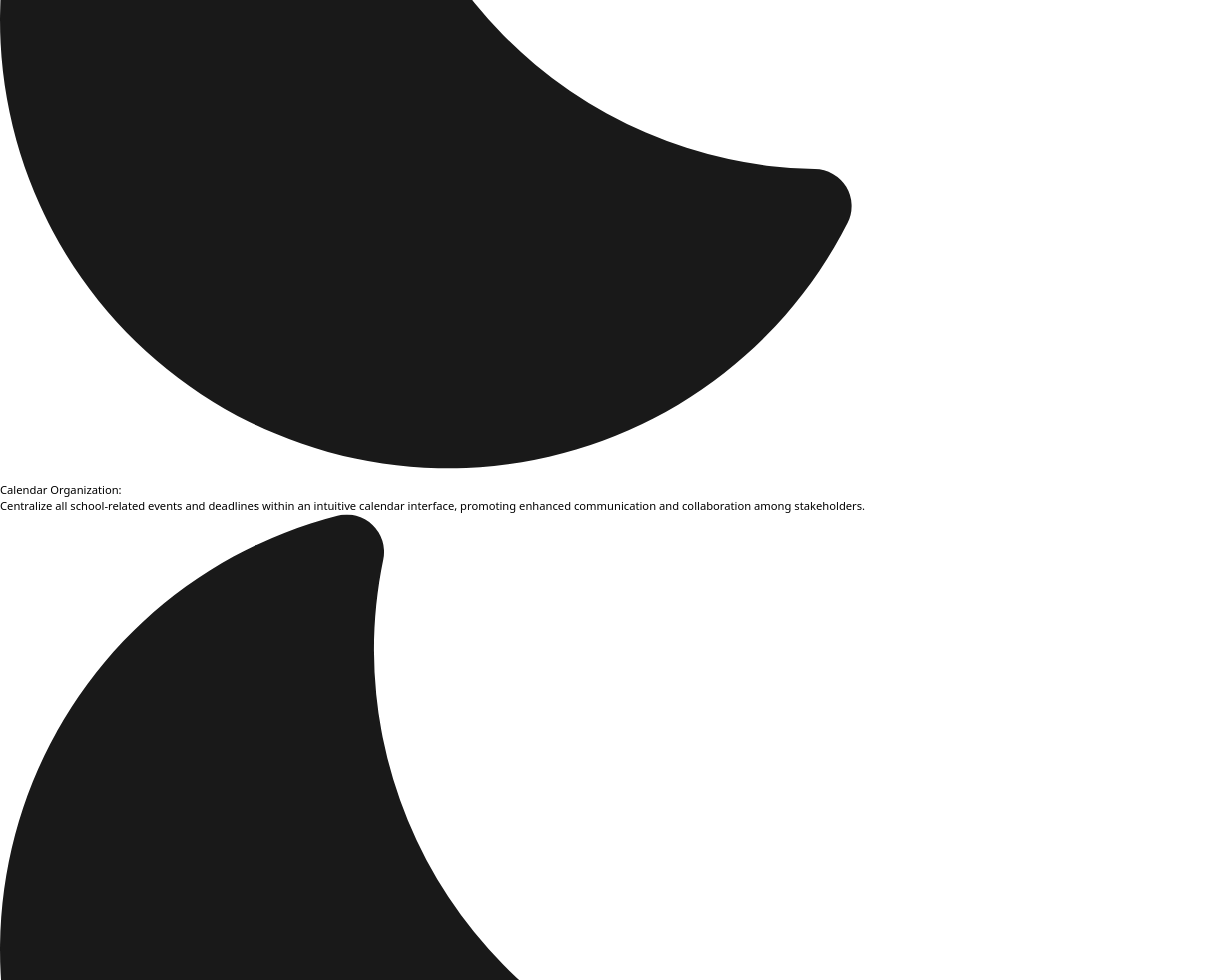
Repository: BarrySong97/flysky-landing
Page: /
These files come from the project's save history. The page is drawn as it stood at one moment and after the next save; the edit follows.
The browser window is 1280 px wide. The page is 1760 px wide, so the pictures cover 1760 px, including what lies to the right of the window. The pictures show the part of the page from y = 4803 to 6203 px (the page is 23727 px tall), at 70% of full size.
The project was rebuilt for these pictures with package versions that can differ from the ones it lists, and the page was loaded fresh each time. Also part of the build but not shown: vite.config.js, src/partials/Banner.jsx, src/pages/SignIn.jsx, src/pages/SignUp.jsx, src/pages/ResetPassword.jsx.

Above is the page before, as saved 2023-12-10 09:45:13.

### index.html
<!DOCTYPE html>
<html lang="en">
  <head>
    <meta charset="UTF-8" />
    <link rel="icon" type="image/svg+xml" href="/src/favicon.svg" />
    <meta name="viewport" content="width=device-width, initial-scale=1.0" />
    <title>Vite App</title>
  </head>
  <body class="font-inter antialiased bg-white text-gray-900 tracking-tight">
    <noscript>You need to enable JavaScript to run this app.</noscript>
    <script>
        if (localStorage.getItem('sidebar-expanded') == 'true') {
            document.querySelector('body').classList.add('sidebar-expanded');
        } else {
            document.querySelector('body').classList.remove('sidebar-expanded');
        }
    </script>
    <div id="root"></div>
    <script type="module" src="/src/main.jsx"></script>
  </body>
</html>

### src/App.jsx
import React, { useEffect } from 'react';
import {
  Routes,
  Route,
  useLocation
} from 'react-router-dom';

import 'aos/dist/aos.css';
import './css/style.css';

import AOS from 'aos';

import Home from './pages/Home';
import SignIn from './pages/SignIn';
import SignUp from './pages/SignUp';
import ResetPassword from './pages/ResetPassword';

function App() {

  const location = useLocation();

  useEffect(() => {
    AOS.init({
      once: true,
      disable: 'phone',
      duration: 700,
      easing: 'ease-out-cubic',
    });
  });

  useEffect(() => {
    document.querySelector('html').style.scrollBehavior = 'auto'
    window.scroll({ top: 0 })
    document.querySelector('html').style.scrollBehavior = ''
  }, [location.pathname]); // triggered on route change

  return (
    <>
      <Routes>
        <Route exact path="/" element={<Home />} />
        <Route path="/signin" element={<SignIn />} />
        <Route path="/signup" element={<SignUp />} />
        <Route path="/reset-password" element={<ResetPassword />} />
      </Routes>
    </>
  );
}

export default App;

### src/pages/Home.jsx
import React from "react";

import Header from "../partials/Header";
import HeroHome from "../partials/HeroHome";
import FeaturesHome from "../partials/Features";
import FeaturesBlocks from "../partials/FeaturesBlocks";
import Testimonials from "../partials/Testimonials";
import Newsletter from "../partials/Newsletter";
import Footer from "../partials/Footer";
import Banner from "../partials/Banner";

function Home() {
  return (
    <div className="flex flex-col min-h-screen overflow-hidden">
      {/*  Site header */}
      <Header />

      {/*  Page content */}
      <main className="flex-grow">
        {/*  Page sections */}
        <HeroHome />
        <FeaturesHome />
        <FeaturesBlocks />
        <Testimonials />
        <Newsletter />
      </main>

      {/*  Site footer */}
      <Footer />
    </div>
  );
}

export default Home;

### src/css/additional-styles/utility-patterns.css
/* Typography */
.h1 {
    @apply text-4xl font-extrabold leading-tight tracking-tighter;
}

.h2 {
    @apply text-3xl font-extrabold leading-tight tracking-tighter;
}

.h3 {
    @apply text-3xl font-bold leading-tight;
}

.h4 {
    @apply text-2xl font-bold leading-snug tracking-tight;
}

@screen md {
    .h1 {
        @apply text-5xl;
    }

    .h2 {
        @apply text-4xl;
    }
}

/* Buttons */
.btn,
.btn-sm {
    @apply font-medium inline-flex items-center justify-center border border-transparent rounded leading-snug transition duration-150 ease-in-out;
}

.btn {
    @apply px-8 py-3 shadow-lg;
}

.btn-sm {
    @apply px-4 py-2 shadow;
}

/* Forms */
.form-input,
.form-textarea,
.form-multiselect,
.form-select,
.form-checkbox,
.form-radio {
    @apply bg-white border border-gray-300 focus:border-gray-500;
}

.form-input,
.form-textarea,
.form-multiselect,
.form-select,
.form-checkbox {
    @apply rounded;
}

.form-input,
.form-textarea,
.form-multiselect,
.form-select {
    @apply py-3 px-4;
}

.form-input,
.form-textarea {
    @apply placeholder-gray-500;
}

.form-select {
    @apply pr-10;
}

.form-checkbox,
.form-radio {
    @apply text-gray-800 rounded-sm;
}

### src/css/additional-styles/range-slider.css
/* Range slider */
:root {
    --range-thumb-size: 36px;
}

input[type=range] {
    appearance: none;
    background: #ccc;
    border-radius: 3px;
    height: 6px;
    margin-top: (--range-thumb-size - 6px) * 0.5;
    margin-bottom: (--range-thumb-size - 6px) * 0.5;
    --thumb-size: #{--range-thumb-size};
}

input[type=range]::-webkit-slider-thumb {
    appearance: none;
    -webkit-appearance: none;
    background-color: #000;
    background-image: url("data:[embedded picture, 172 characters]");
    background-position: center;
    background-repeat: no-repeat;
    border: 0;
    border-radius: 50%;
    cursor: pointer;
    height: --range-thumb-size;
    width: --range-thumb-size;
}

input[type=range]::-moz-range-thumb {
    background-color: #000;
    background-image: url("data:[embedded picture, 172 characters]");
    background-position: center;
    background-repeat: no-repeat;
    border: 0;
    border: none;
    border-radius: 50%;
    cursor: pointer;
    height: --range-thumb-size;
    width: --range-thumb-size;
}

input[type=range]::-ms-thumb {
    background-color: #000;
    background-image: url("data:[embedded picture, 172 characters]");
    background-position: center;
    background-repeat: no-repeat;
    border: 0;
    border-radius: 50%;
    cursor: pointer;
    height: --range-thumb-size;
    width: --range-thumb-size;
}

input[type=range]::-moz-focus-outer {
    border: 0;
}

### src/partials/Features.jsx
import React, { useState, useRef, useEffect } from "react";
import Transition from "../utils/Transition";

import FeaturesBg from "../images/features-bg.png";
import FeaturesElement from "../images/features-element.png";

function Features() {
  const [tab, setTab] = useState(1);

  const tabs = useRef(null);

  const heightFix = () => {
    if (tabs.current.children[tab]) {
      tabs.current.style.height =
        tabs.current.children[tab - 1].offsetHeight + "px";
    }
  };

  useEffect(() => {
    heightFix();
    // eslint-disable-next-line react-hooks/exhaustive-deps
  }, [tab]);

  return (
    <section className="relative">
      {/* Section background (needs .relative class on parent and next sibling elements) */}
      <div
        className="absolute inset-0 bg-gray-100 pointer-events-none mb-16"
        aria-hidden="true"
      ></div>
      <div className="absolute left-0 right-0 m-auto w-px p-px h-20 bg-gray-200 transform -translate-y-1/2"></div>

      <div className="relative max-w-6xl mx-auto px-4 sm:px-6">
        <div className="pt-12 md:pt-20">
          {/* Section header */}
          <div className="max-w-3xl mx-auto text-center pb-12 md:pb-16">
            <h1 className="h2 mb-4">Explore the solutions</h1>
            <p className="text-xl text-gray-600">
              Discover a myriad of solutions tailored for your school's needs.
              Dive into a comprehensive suite of tools designed to streamline
              administrative tasks, manage student records efficiently, and
              facilitate seamless communication among staff, students, and
              parents.
            </p>
          </div>

          {/* Section content */}
          <div className="md:grid md:grid-cols-12 md:gap-6">
            {/* Content */}
            <div
              className="max-w-xl md:max-w-none md:w-full mx-auto md:col-span-7 lg:col-span-6 md:mt-6"
              data-aos="fade-right"
            >
              <div className="md:pr-4 lg:pr-12 xl:pr-16 mb-8">
                <h3 className="h3 mb-3">Powerful suite of tools</h3>
              </div>
              {/* Tabs buttons */}
              <div className="mb-8 md:mb-0">
                <a
                  className={`flex items-center text-lg p-5 rounded border transition duration-300 ease-in-out mb-3 ${
                    tab !== 1
                      ? "bg-white shadow-md border-gray-200 hover:shadow-lg"
                      : "bg-gray-200 border-transparent"
                  }`}
                  href="#0"
                  onClick={(e) => {
                    e.preventDefault();
                    setTab(1);
                  }}
                >
                  <div>
                    <div className="font-bold leading-snug tracking-tight mb-1">
                      Our product, when paired with mini-programs, boasts
                      remarkable efficiency, delivering a seamlessly integrated
                      and versatile user experience.
                    </div>
                    <div className="text-gray-600"></div>
                  </div>
                  <div className="flex justify-center items-center w-8 h-8 bg-white rounded-full shadow flex-shrink-0 ml-3">
                    <svg
                      className="w-3 h-3 fill-current"
                      viewBox="0 0 12 12"
                      xmlns="http://www.w3.org/2000/svg"
                    >
                      <path d="M11.953 4.29a.5.5 0 00-.454-.292H6.14L6.984.62A.5.5 0 006.12.173l-6 7a.5.5 0 00.379.825h5.359l-.844 3.38a.5.5 0 00.864.445l6-7a.5.5 0 00.075-.534z" />
                    </svg>
                  </div>
                </a>
                <a
                  className={`flex items-center text-lg p-5 rounded border transition duration-300 ease-in-out mb-3 ${
                    tab !== 2
                      ? "bg-white shadow-md border-gray-200 hover:shadow-lg"
                      : "bg-gray-200 border-transparent"
                  }`}
                  href="#0"
                  onClick={(e) => {
                    e.preventDefault();
                    setTab(2);
                  }}
                >
                  <div>
                    <div className="font-bold leading-snug tracking-tight mb-1">
                      Schedule Management:
                    </div>
                    <div className="text-gray-600">
                      Simplify class, event, and resource scheduling
                      effortlessly, maximizing efficiency in faculty, student,
                      and resource utilization for adaptable time management.
                    </div>
                  </div>
                  <div className="flex justify-center items-center w-8 h-8 bg-white rounded-full shadow flex-shrink-0 ml-3">
                    <svg
                      className="w-3 h-3 fill-current"
                      viewBox="0 0 12 12"
                      xmlns="http://www.w3.org/2000/svg"
                    >
                      <path
                        d="M11.854.146a.5.5 0 00-.525-.116l-11 4a.5.5 0 00-.015.934l4.8 1.921 1.921 4.8A.5.5 0 007.5 12h.008a.5.5 0 00.462-.329l4-11a.5.5 0 00-.116-.525z"
                        fillRule="nonzero"
                      />
                    </svg>
                  </div>
                </a>
                <a
                  className={`flex items-center text-lg p-5 rounded border transition duration-300 ease-in-out mb-3 ${
                    tab !== 3
                      ? "bg-white shadow-md border-gray-200 hover:shadow-lg"
                      : "bg-gray-200 border-transparent"
                  }`}
                  href="#0"
                  onClick={(e) => {
                    e.preventDefault();
                    setTab(3);
                  }}
                >
                  <div>
                    <div className="font-bold leading-snug tracking-tight mb-1">
                      Calendar Organization:
                    </div>
                    <div className="text-gray-600">
                      Centralize all school-related events and deadlines within
                      an intuitive calendar interface, promoting enhanced
                      communication and collaboration among stakeholders.
                    </div>
                  </div>
                  <div className="flex justify-center items-center w-8 h-8 bg-white rounded-full shadow flex-shrink-0 ml-3">
                    <svg
                      className="w-3 h-3 fill-current"
                      viewBox="0 0 12 12"
                      xmlns="http://www.w3.org/2000/svg"
                    >
                      <path
                        d="M11.334 8.06a.5.5 0 00-.421-.237 6.023 6.023 0 01-5.905-6c0-.41.042-.82.125-1.221a.5.5 0 00-.614-.586 6 6 0 106.832 8.529.5.5 0 00-.017-.485z"
                        fill="#191919"
                        fillRule="nonzero"
                      />
                    </svg>
                  </div>
                </a>
                <a
                  className={`flex items-center text-lg p-5 rounded border transition duration-300 ease-in-out mb-3 ${
                    tab !== 3
                      ? "bg-white shadow-md border-gray-200 hover:shadow-lg"
                      : "bg-gray-200 border-transparent"
                  }`}
                  href="#0"
                  onClick={(e) => {
                    e.preventDefault();
                    setTab(3);
                  }}
                >
                  <div>
                    <div className="font-bold leading-snug tracking-tight mb-1">
                      Calendar Organization:
                    </div>
                    <div className="text-gray-600">
                      Centralize all school-related events and deadlines within
                      an intuitive calendar interface, promoting enhanced
                      communication and collaboration among stakeholders.
                    </div>
                  </div>
                  <div className="flex justify-center items-center w-8 h-8 bg-white rounded-full shadow flex-shrink-0 ml-3">
                    <svg
                      className="w-3 h-3 fill-current"
                      viewBox="0 0 12 12"
                      xmlns="http://www.w3.org/2000/svg"
                    >
                      <path
                        d="M11.334 8.06a.5.5 0 00-.421-.237 6.023 6.023 0 01-5.905-6c0-.41.042-.82.125-1.221a.5.5 0 00-.614-.586 6 6 0 106.832 8.529.5.5 0 00-.017-.485z"
                        fill="#191919"
                        fillRule="nonzero"
                      />
                    </svg>
                  </div>
                </a>
              </div>
            </div>

            {/* Tabs items */}
            <div
              className="max-w-xl md:max-w-none md:w-full mx-auto md:col-span-5 lg:col-span-6 mb-8 md:mb-0 md:order-1"
              data-aos="zoom-y-out"
              ref={tabs}
            >
              <div className="relative flex flex-col text-center lg:text-right">
                {/* Item 1 */}
                <Transition
                  show={tab === 1}
                  appear={true}
                  className="w-full"
                  enter="transition ease-in-out duration-700 transform order-first"
                  enterStart="opacity-0 translate-y-16"
                  enterEnd="opacity-100 translate-y-0"
                  leave="transition ease-in-out duration-300 transform absolute"
                  leaveStart="opacity-100 translate-y-0"
                  leaveEnd="opacity-0 -translate-y-16"
                >
                  <div className="relative inline-flex flex-col">
                    <img
                      className="md:max-w-none mx-auto rounded"
                      src={FeaturesBg}
                      width="500"
                      height="462"
                      alt="Features bg"
                    />
                    <img
                      className="md:max-w-none absolute w-full left-0 transform animate-float"
                      src={FeaturesElement}
                      width="500"
                      height="44"
                      alt="Element"
                      style={{ top: "30%" }}
                    />
                  </div>
                </Transition>
                {/* Item 2 */}
                <Transition
                  show={tab === 2}
                  appear={true}
                  className="w-full"
                  enter="transition ease-in-out duration-700 transform order-first"
                  enterStart="opacity-0 translate-y-16"
                  enterEnd="opacity-100 translate-y-0"
                  leave="transition ease-in-out duration-300 transform absolute"
                  leaveStart="opacity-100 translate-y-0"
                  leaveEnd="opacity-0 -translate-y-16"
                >
                  <div className="relative inline-flex flex-col">
                    <img
                      className="md:max-w-none mx-auto rounded"
                      src={FeaturesBg}
                      width="500"
                      height="462"
                      alt="Features bg"
                    />
                    <img
                      className="md:max-w-none absolute w-full left-0 transform animate-float"
                      src={FeaturesElement}
                      width="500"
                      height="44"
                      alt="Element"
                      style={{ top: "30%" }}
                    />
                  </div>
                </Transition>
                {/* Item 3 */}
                <Transition
                  show={tab === 3}
                  appear={true}
                  className="w-full"
                  enter="transition ease-in-out duration-700 transform order-first"
                  enterStart="opacity-0 translate-y-16"
                  enterEnd="opacity-100 translate-y-0"
                  leave="transition ease-in-out duration-300 transform absolute"
                  leaveStart="opacity-100 translate-y-0"
                  leaveEnd="opacity-0 -translate-y-16"
                >
                  <div className="relative inline-flex flex-col">
                    <img
                      className="md:max-w-none mx-auto rounded"
                      src={FeaturesBg}
                      width="500"
                      height="462"
                      alt="Features bg"
                    />
                    <img
                      className="md:max-w-none absolute w-full left-0 transform animate-float"
                      src={FeaturesElement}
                      width="500"
                      height="44"
                      alt="Element"
                      style={{ top: "30%" }}
                    />
                  </div>
                </Transition>
              </div>
            </div>
          </div>
        </div>
      </div>
    </section>
  );
}

export default Features;

### src/utils/Modal.jsx
import React, { useEffect, useRef } from 'react';
import PropTypes from 'prop-types';
import Transition from '../utils/Transition';

function Modal({
  children,
  id,
  ariaLabel,
  show,
  handleClose
}) {

  const modalContent = useRef(null);

  // close the modal on click outside
  useEffect(() => {
    const clickHandler = ({ target }) => {
      if (!show || modalContent.current.contains(target)) return;
      handleClose();
    };
    document.addEventListener('click', clickHandler);
    return () => document.removeEventListener('click', clickHandler);
  });

  // close the modal if the esc key is pressed
  useEffect(() => {
    const keyHandler = ({ keyCode }) => {
      if (keyCode !== 27) return;
      handleClose();
    };
    document.addEventListener('keydown', keyHandler);

    return () => document.removeEventListener('keydown', keyHandler);
  });

  return (
    <>
      {/* Modal backdrop */}
      <Transition
        className="fixed inset-0 z-50 bg-white bg-opacity-75 transition-opacity backdrop-blur-sm"
        show={show}
        enter="transition ease-out duration-200"
        enterStart="opacity-0"
        enterEnd="opacity-100"
        leave="transition ease-out duration-100"
        leaveStart="opacity-100"
        leaveEnd="opacity-0"
        aria-hidden="true"
      />

      {/* Modal dialog */}
      <Transition
        id={id}
        className="fixed inset-0 z-50 overflow-hidden flex items-center justify-center transform px-4 sm:px-6"
        role="dialog"
        aria-modal="true"
        aria-labelledby={ariaLabel}
        show={show}
        enter="transition ease-out duration-200"
        enterStart="opacity-0 scale-95"
        enterEnd="opacity-100 scale-100"
        leave="transition ease-out duration-200"
        leaveStart="opacity-100 scale-100"
        leaveEnd="opacity-0 scale-95"
      >
        <div className="bg-white overflow-auto max-w-6xl w-full max-h-full" ref={modalContent}>
          {children}
        </div>
      </Transition>
    </>
  );
}

export default Modal;

Modal.propTypes = {
  children: PropTypes.oneOfType([
    PropTypes.arrayOf(PropTypes.element),
    PropTypes.element.isRequired
  ]),
  id: PropTypes.string,
  ariaLabel: PropTypes.string,
  show: PropTypes.bool.isRequired,
  handleClose: PropTypes.func.isRequired
};

Loaded but not shown: src/main.jsx (common file); src/css/style.css (common file); src/css/additional-styles/toggle-switch.css (common file); src/partials/Testimonials.jsx (106 lines, source omitted); src/partials/Footer.jsx (164 lines, source omitted); src/partials/FeaturesBlocks.jsx (128 lines, source omitted); src/css/additional-styles/theme.css (181 lines, source omitted); src/partials/HeroHome.jsx (143 lines, source omitted); src/partials/Newsletter.jsx (67 lines, source omitted); src/utils/Transition.jsx (116 lines, source omitted); src/partials/Header.jsx (73 lines, source omitted)

After the next save:
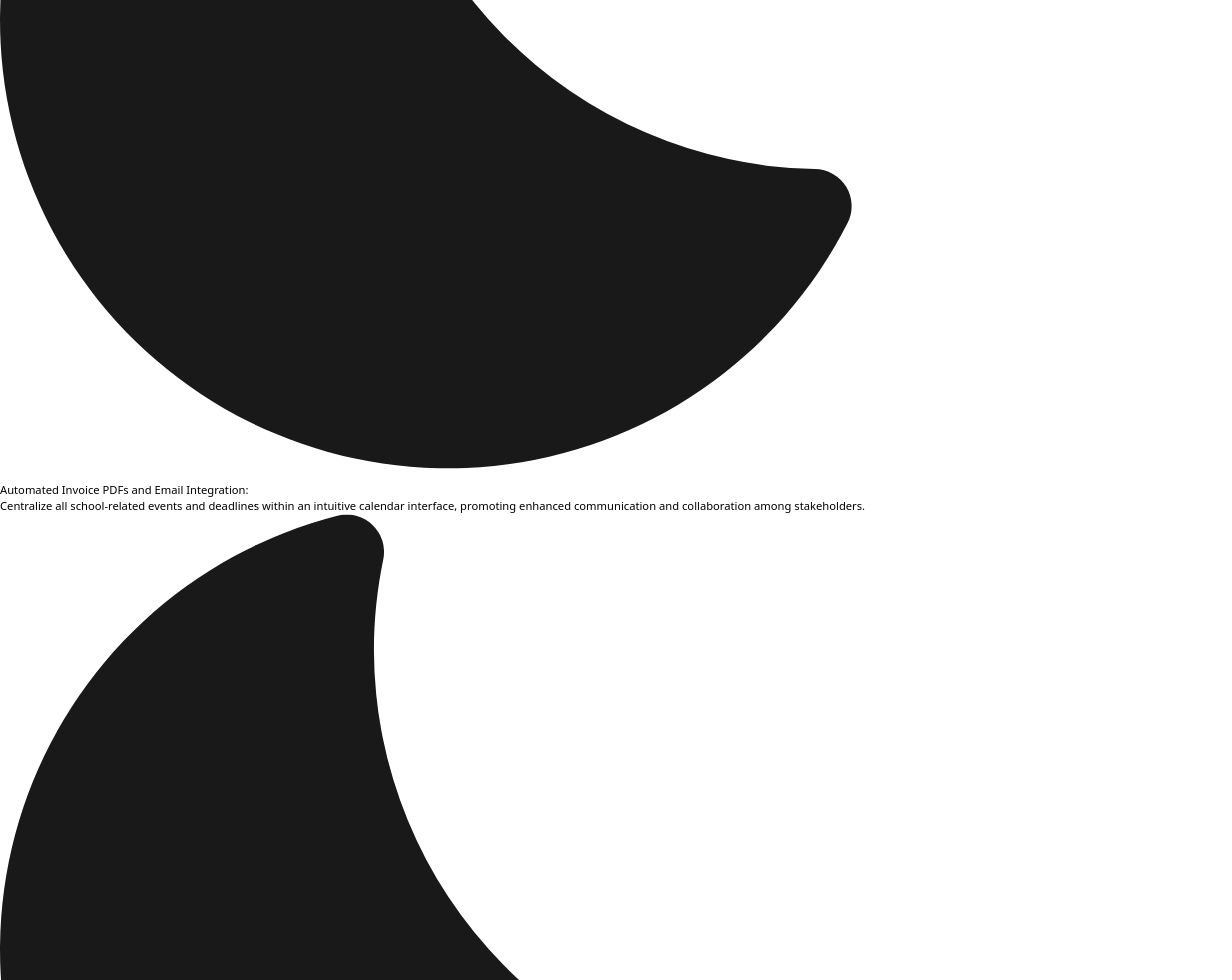
Saved 8 s later.
--- a/src/partials/Features.jsx
+++ b/src/partials/Features.jsx
@@ -171,7 +171,7 @@
                 >
                   <div>
                     <div className="font-bold leading-snug tracking-tight mb-1">
-                      Calendar Organization:
+                      Automated Invoice PDFs and Email Integration:
                     </div>
                     <div className="text-gray-600">
                       Centralize all school-related events and deadlines within
